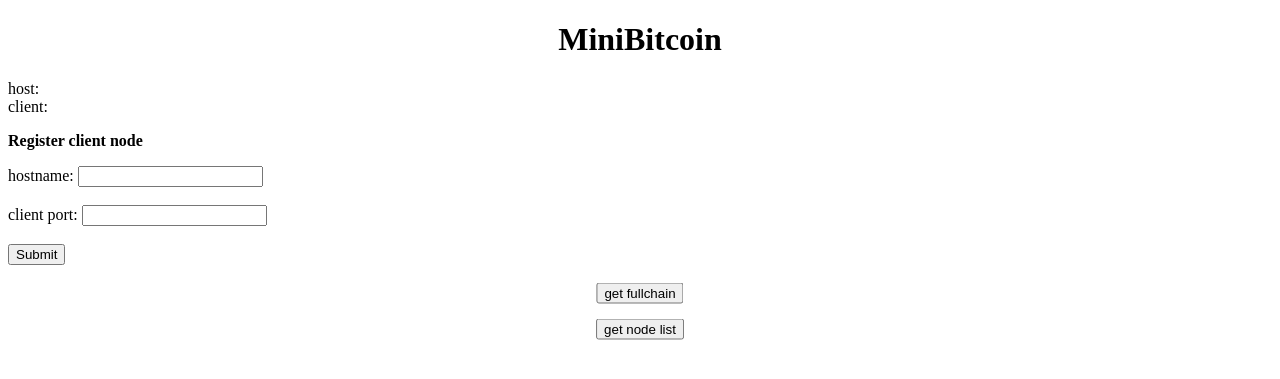
Repository: lam4562311/Minibitcoin
Page: http://localhost/
These files come from the project's save history. The page is drawn as it stood at one moment and after the next save; the edit follows.
The browser window is 1280 px wide. The pictures show the whole page.
Some web libraries are served in a nearby version. The page is served by the project's application, run on Flask 3 (bitcoin-5003.py).

Above is the page before, as saved 2022-04-09 15:57:17.
Console error: ReferenceError: formSubmit is not defined

### templates/homepage.html
<!DOCTYPE html>
<html>
<head>
    <style>
        .center {
          margin:10px 0px 10px 0px;
          position: absolute;
          left: 50%;
          -ms-transform: translate(-50%, -50%);
          transform: translate(-50%, -50%);
        }
        </style>
</head>
    <body>

        <h1><center> MiniBitcoin </center></h1>
        <span> host:</span>
        <span id="hostname_span"></span><br>
        <span>client:</span>
        <span id="client_id_span"></span><br>
        <p><strong>Register client node</strong><br>
        </p>
        <form  method="post" id="Register_form">
            <label for="hostname">hostname:</label>
            <input type="text" id="node" name="node"><br><br>
            <label for="port">client port:</label>
            <input type="text" id="com_port" name="com_port"><br><br>
            <input type="submit" value="Submit" id="form_submit">
        </form>
        <span id="register_node_span"></span>

        <span id="fullchain_span"></span>
        <br>
        <div class="center">
            <button id="get_chain_bt">get fullchain</button>
        </div>
        <br>
        <span id="node_list_span"></span>
        <br>
        <div class="center">
            <button id="get_node_bt">get node list</button>
        </div>
        <br>
    <script src="//ajax.googleapis.com/ajax/libs/jquery/1.9.1/jquery.min.js"></script>
    <script src="{{url_for("static", filename="index.js")}}"></script>
    </body>
</html>

### bitcoin-5003.py
from operator import contains
import wx
from bitcoinclass import Transaction,Wallet,Block,Blockchain
from flask import Flask, jsonify, request, render_template, redirect, url_for, send_file
from urllib.parse import urlparse
import json
import re
import requests
import io
import logging
app = Flask(__name__)

#Flask API
@app.route('/new_transaction', methods=['POST'])
def new_transaction():
    values = request.form

    # Check that the required fields are in the PoST'ed data
    required = ['recipient_address', 'amount']
    if not all(k in values for k in required):
        return 'Missing values', 400

    #Create a new Transaction
    transaction = Transaction(myWallet.identity, values['recipient_address'], values[ 'amount'])
    transaction.add_signature(myWallet.sign_transaction(transaction))
    transaction_result = blockchain.add_new_transaction(transaction)

    if transaction_result:
        response = { 'message': 'Transaction will be added to Block'}
        return jsonify(response), 201
    else:
        response = {'message': 'Invalid Transaction!'}
        return jsonify(response), 406

@app.route( '/get_transactions' , methods=[ 'GET'])
def get_transactions():
    #Get transactions from transactions pool
    transactions = blockchain.unconfirmed_transactions
    response = {'transactions' : transactions}
    return jsonify(response), 200

@app.route('/chain', methods=['GET'])
def last_ten_blocks():
    response = {
        'chain' : blockchain.chain[-10:],
        'length': len(blockchain.chain),
    }
    return jsonify(response), 200


@app.route('/fullchain', methods=['GET'])
def full_chain():
    response = {
    'chain' : json.dumps(blockchain.chain),
    'length' : len(blockchain.chain),
    }
    return jsonify (response), 200

@app.route('/get_nodes', methods=['GET'])
def get_nodes():
    nodes = list(blockchain.nodes)
    response = {'nodes' : nodes}
    return jsonify(response), 200

@app.route('/register_node', methods=['POST'])
def register_node():
    values = request.form
    node = values.get('node')
    com_port = values.get('com_port')
    if node is None and com_port is None:
        return "Error: Please supply a valid list of nodes", 400
    if com_port is not None:
        blockchain.register_node(request.remote_addr + ":" + com_port)
        node = request.remote_addr + ":" + com_port
        app.logger.warning(node)
    else:
        blockchain.register_node(node)
    node_list = requests.get('http://' + node + '/get_nodes')
    if node_list.status_code == 200:
        node_list = node_list.json()['nodes']
        for node in node_list:
            blockchain.register_node( node)

    for new_nodes in blockchain.nodes:
        requests.post( 'http://' + new_nodes + '/register_node' , data={'com_port':str(port)})

    replaced = blockchain.consensus()
    if replaced:
        app.logger.warning('replaced')
        response ={
        'message' : 'Longer authoritative chain found from peers, replacing ours' ,
        'total_nodes ' : [node for node in blockchain.nodes]}
    else:
        response ={
        'message': 'New nodes have been added,but our chain is authoritative',
        'total_nodes' : [node for node in blockchain.nodes]
    }
    return jsonify(response), 201

@app.route('/consensus', methods=['GET'])
def consensus():
    replaced = blockchain.consensus()
    if replaced:
        app.logger.info('replaced')
        response = {
            'message' : 'our chain was replaced',
        }
    else:
        app.logger.info('not replaced')
        response = {
        'message ' : 'our chain is authoritative',
        }
    return jsonify(response), 200

@app.route('/mine', methods=[ 'GET'])
def mine():
    blockchain.boardcast_transactions(request.host)

    newblock = blockchain.mine(myWallet)
    for node in blockchain.nodes:
        ans = requests.get('http://' + node + '/consensus')
        app.logger.info(ans)
    response = {
        'index' : newblock.index,
        'transactions' : newblock.transactions,
        'timestamp' : newblock.timestamp,
        'nonce' : newblock.nonce,
        'hash' : newblock.hash,
        'previous_hash' : newblock.previous_hash
    }
    return jsonify( response), 200

@app.route('/import_key', methods=['POST'])
def import_key():
    f = request.files['file']
    blob = f.read()
    myWallet.import_key(blob)
    return 'key imported successfully'

@app.route('/export_key', methods=['GET'])
def export_key():
    blob = myWallet.export_key()
    return send_file(
        io.BytesIO(blob),
        mimetype='application/octet-stream',
        as_attachment = True,
        attachment_filename = "keyfile")

@app.route('/get_status', methods=['GET'])
def get_status():
    response ={
        'public_key' : myWallet.identity,
        'balance': blockchain.get_balance(myWallet.identity)
    }
    return jsonify(response),200

@app.route('/update_balance', methods=['PUT'])
def update_balance():
    myWallet.balance = blockchain.get_balance(myWallet.identity)
    response = {'message': 'Balance updated'}
    return jsonify(response), 200

@app.route('/sync_transactions', methods=['GET'])
def sync_transactions():
    result = blockchain.boardcast_transactions(request.host)
    if result:
        response = {
            'message': 'Synchronized Transactions'
        }
    else:
        resonse = {'message': 'False'}
    return jsonify(resonse), 200

@app.route('/')
def index():
    return render_template('homepage.html')

if __name__ == '__main__':
    myWallet = Wallet()
    blockchain = Blockchain()
    port = 5003
    app.logger.setLevel(logging.DEBUG)
    app.run(host='127.0.0.1', port=port, debug = True)

### static/index.js
let get_chain_bt = document.querySelector("#get_chain_bt");
let get_node_bt = document.querySelector("#get_node_bt");

let full_chain_span = document.querySelector("#fullchain_span")
let full_node_span = document.querySelector("#node_list_span")
let hostname_span = document.querySelector("#hostname_span")
let client_id_span = document.querySelector("#client_id_span")

let Register_node_submit_listener = document.getElementById("Register_form").addEventListener("submit", formSubmit);

hostname_span.innerHTML = window.location.hostname;
client_id_span.innerHTML = window.location.port;

function get_full_chain(){
    $.ajax({
        type: "GET",
        contentType: "application/json; charset=utf-8",
        url:"/fullchain",
        dataType: "json",
        success: (data) => {
            full_chain_span.innerHTML = JSON.stringify(data);
        }
    });
    querystring = window.location.search;
}

function get_node_list(){
    $.ajax(
        {
            type: "GET",
            contentType: "application/json; charset: utf-8",
            url:"/get_nodes",
            dataType: "json",
            success: (data) => {
                full_node_span.innerHTML = JSON.stringify(data);
            }
        }
    )
}
function attachFormSubmitEvent(Register_form){

}
$(get_chain_bt).click(()=>get_full_chain());
$(get_node_bt).click(()=>get_node_list());

After the next save:
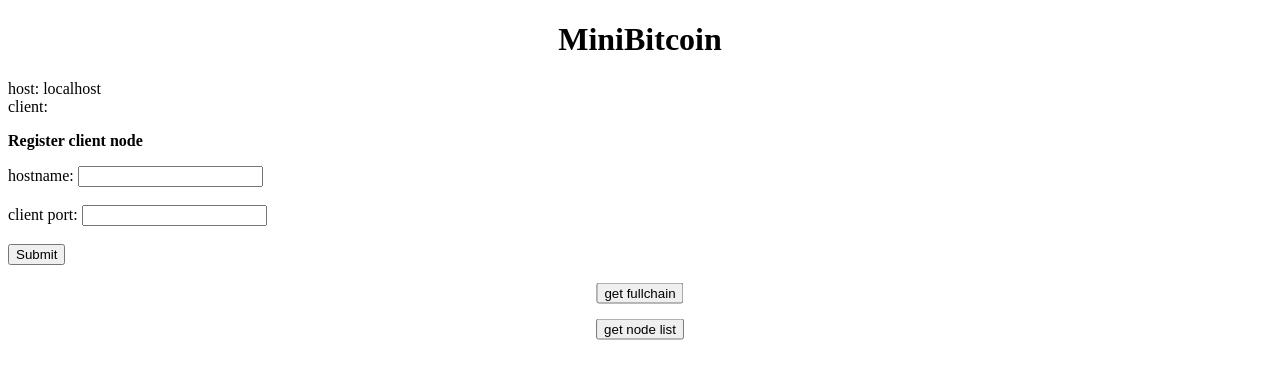
The error is gone.
Saved 2 s later.
--- a/static/index.js
+++ b/static/index.js
@@ -5,7 +5,7 @@ let full_chain_span = document.querySelector("#fullchain_span")
 let full_node_span = document.querySelector("#node_list_span")
 let hostname_span = document.querySelector("#hostname_span")
 let client_id_span = document.querySelector("#client_id_span")
-
+let register_node_span = document.querySelector("#register_node_span")
 let Register_node_submit_listener = document.getElementById("Register_form").addEventListener("submit", formSubmit);
 
 hostname_span.innerHTML = window.location.hostname;
@@ -37,8 +37,17 @@ function get_node_list(){
         }
     )
 }
-function attachFormSubmitEvent(Register_form){
 
-}
+function formSubmit(event) {
+    event.preventDefault();
+    $.ajax({
+        url : "/register_node",
+        type: 'post',
+        data:$('#Register_form').serialize(),
+        success:function(){
+            register_node_span.innerHTML = JSON.stringify(data);
+        }
+    });
+  }
 $(get_chain_bt).click(()=>get_full_chain());
 $(get_node_bt).click(()=>get_node_list());
